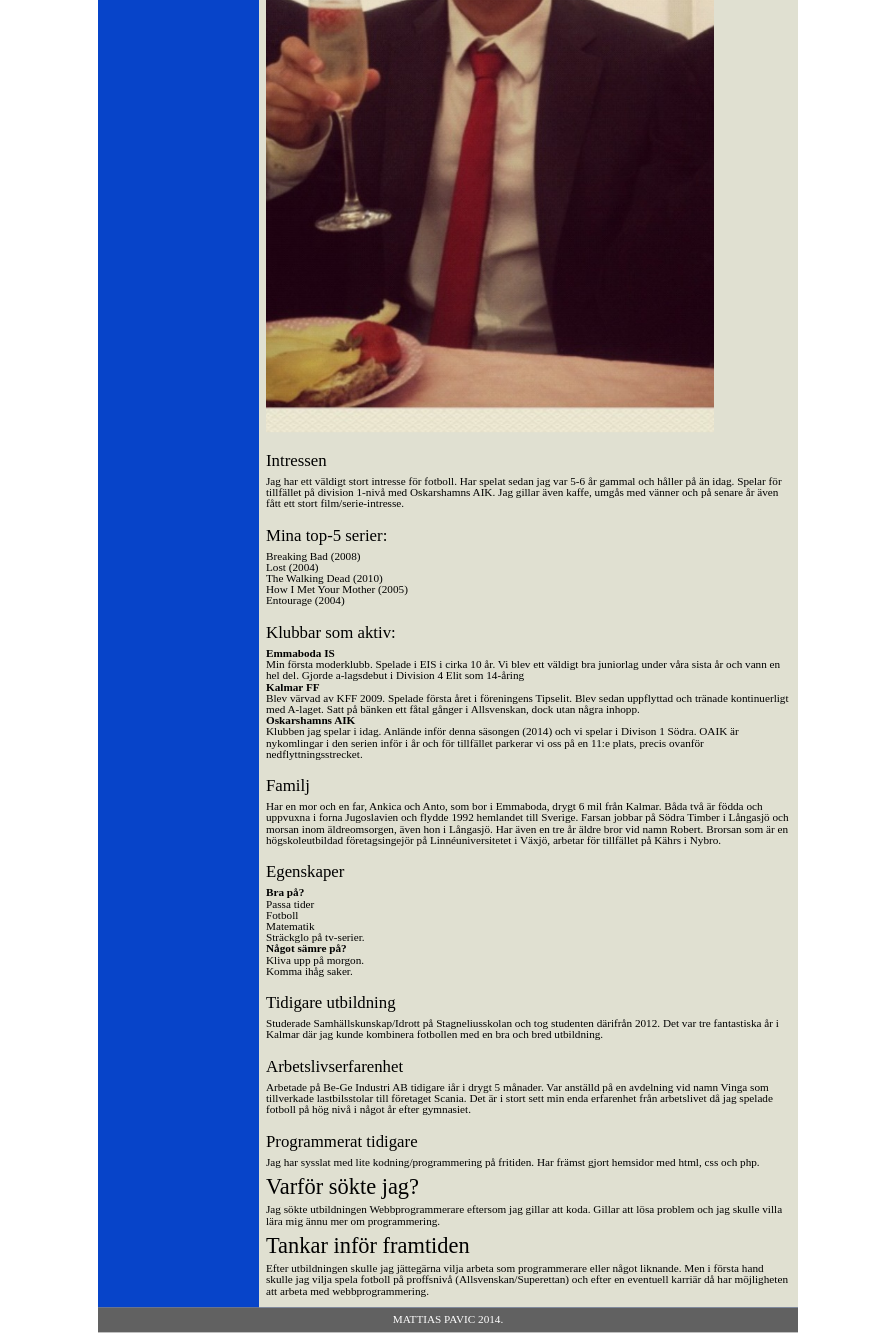
Repository: mp222sf/1ik415-laborationer
Page: pages/presentation.html
The author's editor kept a record of every edit. The page is drawn from the files as they stood at one moment, then again after the next edit.
The browser window is 1280 px wide. The pictures show the part of the page from y = 719 to 2639 px (the page is 2632 px tall before and 2639 px after), at 70% of full size.

Above is the page before.

### pages/presentation.html
<!doctype html>
<html lang="sv">
    <head>
        <meta charset="utf-8" />
        <title>Mattias Pavic</title>
        <link rel="stylesheet" href="../css/style.css" />
    </head>
    <body>
        <div id="cointainer">
            <div id="header">
                <h1>Mattias Pavic</h1>
                <h3>Presentation</h3>
            </div>
            <div id="navigation_content">
            <div id="navigation">
                <h4>Meny</h4>
                <ul id="meny">
                <li><a href="../index.html">Hem</a></li>
                 <li><a href="kontakt.html">Kontakt</a></li>
                 <li><a href="laborationer.html">Laborationer</a></li>
                 <li><a id="current" href="presentation.html">Presentation</a></li>
                </ul>
            </div>
            <div id="content">
                <!--Här skriver vi infomationen om mina intressen.-->

                <p><img id="jag_presentation" src="../pics/jag_presentation.jpg" alt="Bild på Mattias Pavic" /></p>

                <h4>Intressen</h4>
                <p> Jag har ett väldigt stort intresse för fotboll. Har spelat sedan jag var 5-6 år gammal och håller på än idag.
                    Spelar för tillfället på division 1-nivå med Oskarshamns AIK.
                    Jag gillar även kaffe, umgås med vänner och på senare år även fått ett stort film/serie-intresse.</p>

                <h4>Mina top-5 serier:</h4>
                <ol>
                    <li><a target="_blank" href="http://www.imdb.com/title/tt0903747/?ref_=nv_sr_1">Breaking Bad</a> (2008)</li>
                    <li><a target="_blank" href="http://www.imdb.com/title/tt0411008/?ref_=nv_sr_1">Lost</a> (2004)</li>
                    <li><a target="_blank" href="http://www.imdb.com/title/tt1520211/?ref_=nv_sr_1">The Walking Dead</a> (2010)</li>
                    <li><a target="_blank" href="http://www.imdb.com/title/tt0460649/?ref_=nv_sr_1">How I Met Your Mother</a> (2005)</li>
                    <li><a target="_blank" href="http://www.imdb.com/title/tt0387199/?ref_=nv_sr_1">Entourage</a> (2004)</li>
                </ol>

                <h4>Klubbar som aktiv:</h4>
                <dl>
                    <dt><strong>Emmaboda IS</strong></dt>
                        <dd>Min första moderklubb. Spelade i EIS i cirka 10 år. Vi blev ett väldigt bra juniorlag under våra sista år och vann en hel del. Gjorde a-lagsdebut i Division 4 Elit som 14-åring</dd>
                    <dt><strong>Kalmar FF</strong></dt>
                        <dd>Blev värvad av KFF 2009. Spelade första året i föreningens Tipselit. Blev sedan uppflyttad och tränade kontinuerligt med A-laget. Satt på bänken ett fåtal gånger i Allsvenskan, dock utan några inhopp.</dd>
                    <dt><strong>Oskarshamns AIK</strong></dt>
                        <dd>Klubben jag spelar i idag. Anlände inför denna säsongen (2014) och vi spelar i Divison 1 Södra. OAIK är nykomlingar i den serien inför i år och för tillfället parkerar vi oss på en 11:e plats, precis ovanför nedflyttningsstrecket.</dd>
                </dl>

                <h4>Familj</h4>
                <p> Har en mor och en far, Ankica och Anto, som bor i Emmaboda, drygt 6 mil från Kalmar.
                    Båda två är födda och uppvuxna i forna Jugoslavien och flydde 1992 hemlandet till Sverige.
                    Farsan jobbar på Södra Timber i Långasjö och morsan inom äldreomsorgen, även hon i Långasjö.
                    Har även en tre år äldre bror vid namn Robert.
                    Brorsan som är en högskoleutbildad företagsingejör på Linnéuniversitetet i Växjö, arbetar för tillfället på Kährs i Nybro.</p>

                <!--Listan ger Error i Validator. Förstår ej?!.-->
                <h4>Egenskaper</h4>
                <ul>
                    <li><strong>Bra på?</strong>
                        <ul>
                            <li>Passa tider</li>
                            <li>Fotboll</li>
                            <li>Matematik</li>
                            <li>Sträckglo på tv-serier.</li>
                        </ul>
                    </li>
                   <li><strong>Något sämre på?</strong>
                        <ul>
                            <li>Kliva upp på morgon.</li>
                            <li>Komma ihåg saker.</li>
                        </ul>
                    </li>
                </ul>

                <h4>Tidigare utbildning</h4>
                <p> Studerade Samhällskunskap/Idrott på Stagneliusskolan och tog studenten därifrån 2012. Det var tre fantastiska år i Kalmar där jag kunde kombinera fotbollen med en bra och bred utbildning.</p>

                <h4>Arbetslivserfarenhet</h4>
                <p> Arbetade på Be-Ge Industri AB tidigare iår i drygt 5 månader.
                    Var anställd på en avdelning vid namn Vinga som tillverkade lastbilsstolar till företaget Scania.
                    Det är i stort sett min enda erfarenhet från arbetslivet då jag spelade fotboll på hög nivå i något år efter gymnasiet.</p>

                <h4>Programmerat tidigare</h4>
                <p> Jag har sysslat med lite kodning/programmering på fritiden.
                    Har främst gjort hemsidor med html, css och php.</p>

                <h3>Varför sökte jag?</h3>
                <p> Jag sökte utbildningen Webbprogrammerare eftersom jag gillar att koda.
                    Gillar att lösa problem och jag skulle villa lära mig ännu mer om programmering.</p>

                <h3>Tankar inför framtiden</h3>
                <p> Efter utbildningen skulle jag jättegärna vilja arbeta som programmerare eller något liknande.
                    Men i första hand skulle jag vilja spela fotboll på proffsnivå (Allsvenskan/Superettan) och efter en eventuell karriär då har möjligheten att arbeta med webbprogrammering.</p>
            </div>
            </div>
            <div id="footer">
            MATTIAS PAVIC 2014.
            </div>

        </div>
    </body>
</html>

### css/style.css
/* http://meyerweb.com/eric/tools/css/reset/
   v2.0 | 20110126
   License: none (public domain)
*/

html, body, div, span, applet, object, iframe,
h1, h2, h3, h4, h5, h6, p, blockquote, pre,
a, abbr, acronym, address, big, cite, code,
del, dfn, em, img, ins, kbd, q, s, samp,
small, strike, strong, sub, sup, tt, var,
b, u, i, center,
dl, dt, dd, ol, ul, li,
fieldset, form, label, legend,
table, caption, tbody, tfoot, thead, tr, th, td,
article, aside, canvas, details, embed,
figure, figcaption, footer, header, hgroup,
menu, nav, output, ruby, section, summary,
time, mark, audio, video {
	margin: 0;
	padding: 0;
	border: 0;
	font-size: 100%;
	font: inherit;
	vertical-align: baseline;
}
/* HTML5 display-role reset for older browsers */
article, aside, details, figcaption, figure,
footer, header, hgroup, menu, nav, section {
	display: block;
}
body {
	line-height: 1;
}
ol, ul {
	list-style: none;
}
blockquote, q {
	quotes: none;
}
blockquote:before, blockquote:after,
q:before, q:after {
	content: '';
	content: none;
}
table {
	border-collapse: collapse;
	border-spacing: 0;
}


a:link {
    color:black;
    text-decoration: none;
}
a:visited {
    color:black;
    text-decoration: none;

}

a:hover {
    color:black;
    text-decoration: underline;
}


/*
        COINTAINER
                        */
#cointainer {
    background-color:white;
    color:black;
    width:1000px;
    margin: 0 auto;
    text-align:left;
}





/*
        HEADER
                        */
#header {
    background-color:#0744C9;
    color:white;
    text-align:left;
    height:150px;
    padding:10px;
    margin: 20px 0px 0px 0px;
    border-radius: 30px 30px 0px 0px;
    border: 0px solid #616161;
}
#header h1 {
   font-size:72px;
}
#header h3 {
   font-size:20px;
}

#navigation_content {

    background-color:#0744C9;
    width:1000px;
    height:100%;
    float:left;



}
/*
        NAVIGATION
                        */
#navigation           {
    line-height:30px;
    background-color:#0744C9;
    width:230px;
    height:100%;
    float:left;
    padding:0px;
}
#navigation h3 {
   font-size:32px;
   margin-bottom:10px;
   margin-top:10px;
}
#navigation ul {
    list-style-type: square;
    margin-left:0px;
    font-size:12px;
}


#navigation li {
list-style: none;
margin: 0px 0 0px 0;
}
#navigation li a {
display: block;
width: 230px;
margin: 0;
padding: 0px 0px 0px 10px;
text-align: left;
font-family: "Lucida Grande", "Lucida Sans Unicode", Helvetica, Arial, sans-serif;
font-size: 12px;
color:#042875;
border-radius: 0px;
border: 1px solid #616161;
background: #042875;

}
#meny_lista li a {
display: block;
width: 230px;
margin: 0;
padding: 0px 0px 0px 20px;
text-align: left;
font-family: "Lucida Grande", "Lucida Sans Unicode", Helvetica, Arial, sans-serif;
font-size: 12px;
color:#4173DD;
border-radius: 0px;
border: 1px solid #616161;
background: #4173DD;

}
#navigation li a:hover {
cursor: pointer;
background:#0744C9;
color: white;
}
#navigation a:link, #navigation a:visited {
color: rgba(255,255,255,1);
text-decoration: none;
}
#navigation a:active {
color: rgba(250,191,12,1);
}
#navigation a#current {
background: white;
color:black;
}





/*
        CONTENT
                        */
#content {
    width:750px;
    height:100%;
    background-color:#E0E0D1;
    float:left;
    padding:10px;

}
#content p {

   margin-bottom:5px;
   margin-top:0px;
}
#content strong {
   margin-top: 20px;
   font-weight:bold;


}
#content h3 {
   font-size:32px;
   margin-bottom:10px;
   margin-top:10px;
}
#content h4 {
   font-size:24px;
   margin-bottom:10px;
   margin-top:25px;
}
#big_buck_bunny {
    margin-bottom:10px;
    margin-top:10px;
}




/*
        FOOTER
                        */
#footer {
    background-color:#616161;
    color:white;
    clear:both;
    text-align:center;
    padding:10px;
    margin: 0px 0px 10px 0px;
}

After the next edit:
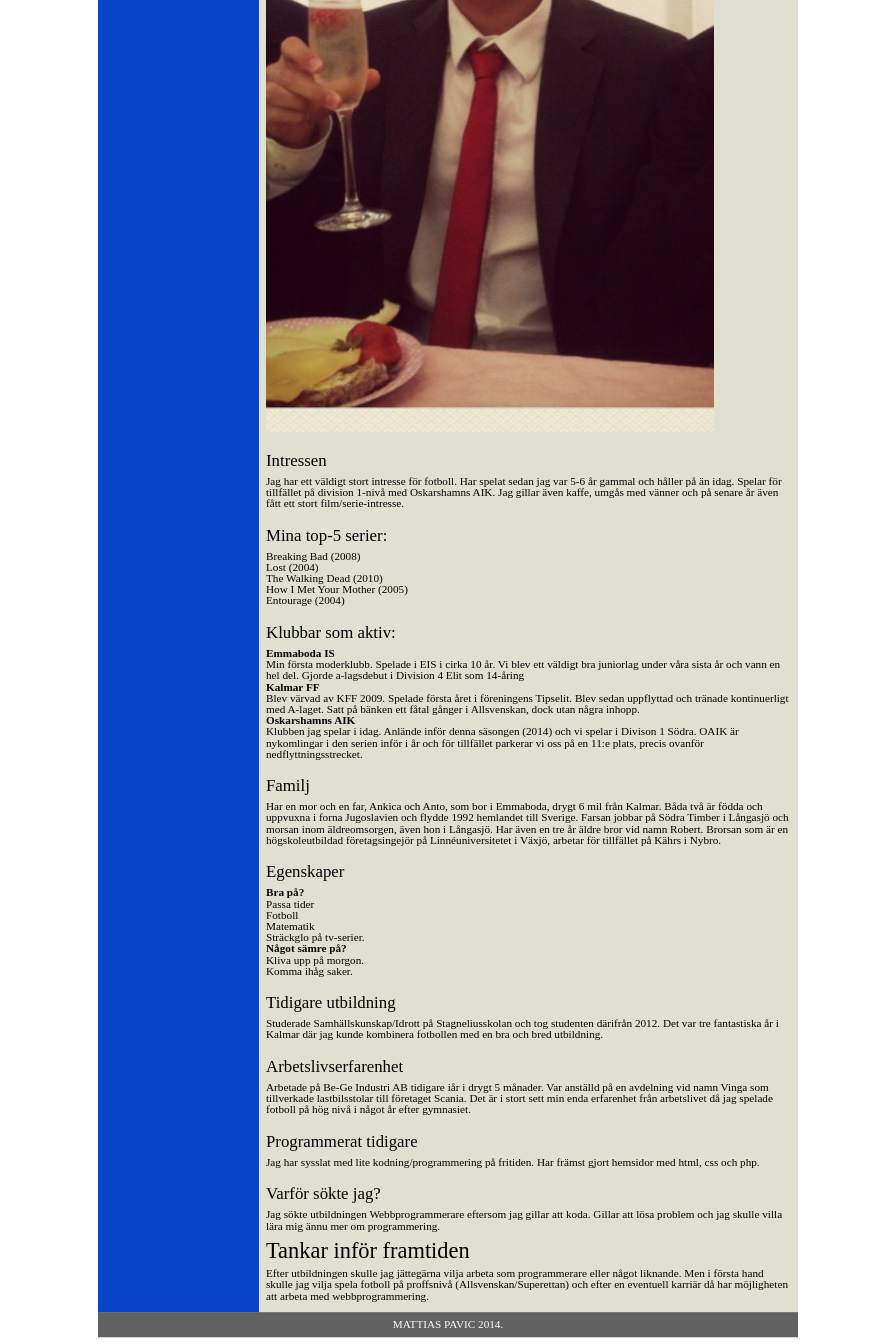
The edit:
--- a/pages/presentation.html
+++ b/pages/presentation.html
@@ -88,7 +88,7 @@
                 <p> Jag har sysslat med lite kodning/programmering på fritiden.
                     Har främst gjort hemsidor med html, css och php.</p>
 
-                <h3>Varför sökte jag?</h3>
+                <h4>Varför sökte jag?</h4>
                 <p> Jag sökte utbildningen Webbprogrammerare eftersom jag gillar att koda.
                     Gillar att lösa problem och jag skulle villa lära mig ännu mer om programmering.</p>
 
